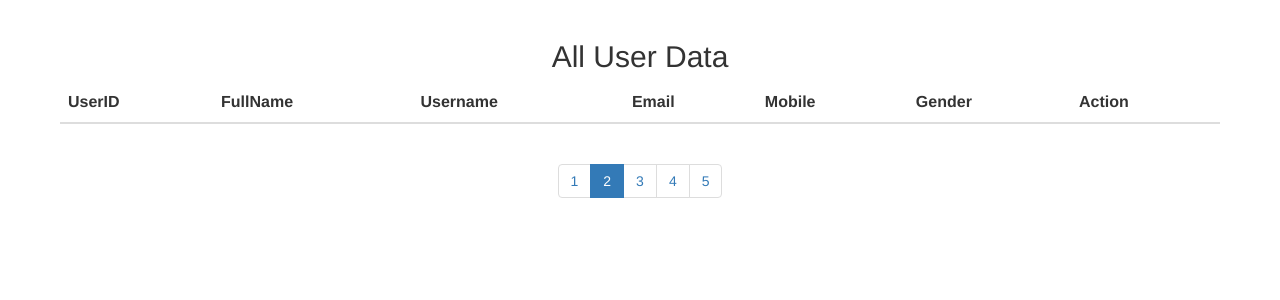
Repository: Asterisc-Institute/Advance-Java-Batch5
Page: http://localhost/Project01/show?page=1
These files come from the project's save history. The page is drawn as it stood at one moment and after the next save; the edit follows.
The browser window is 1280 px wide. The pictures show the whole page.
The page is served by Tomcat 9. Queries for data that is not in the repository find no rows.

Above is the page before, as saved 2023-05-17 12:39:49.

After the next save:
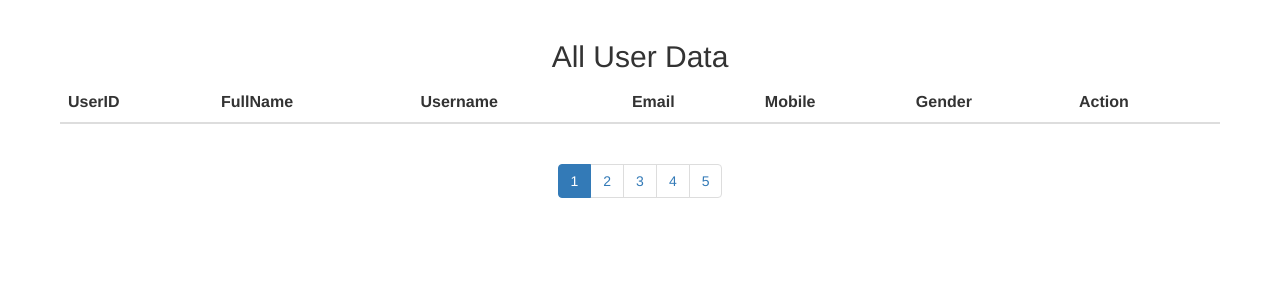
Saved 34 s later.
--- a/Project01/src/service/ShowServ.java
+++ b/Project01/src/service/ShowServ.java
@@ -81,8 +81,8 @@ public class ShowServ extends HttpServlet {
 
 		out.print("<center>");
 		out.print("<ul class='pagination'>");
-		out.print("  <li><a href='#'>1</a></li>");
-		out.print("  <li class='active'><a href='#'>2</a></li>");
+		out.print("  <li class='active'><a href='#'>1</a></li>");
+		out.print("  <li ><a href='#'>2</a></li>");
 		out.print("  <li><a href='#'>3</a></li>");
 		out.print("  <li><a href='#'>4</a></li>");
 		out.print("  <li><a href='#'>5</a></li>");
